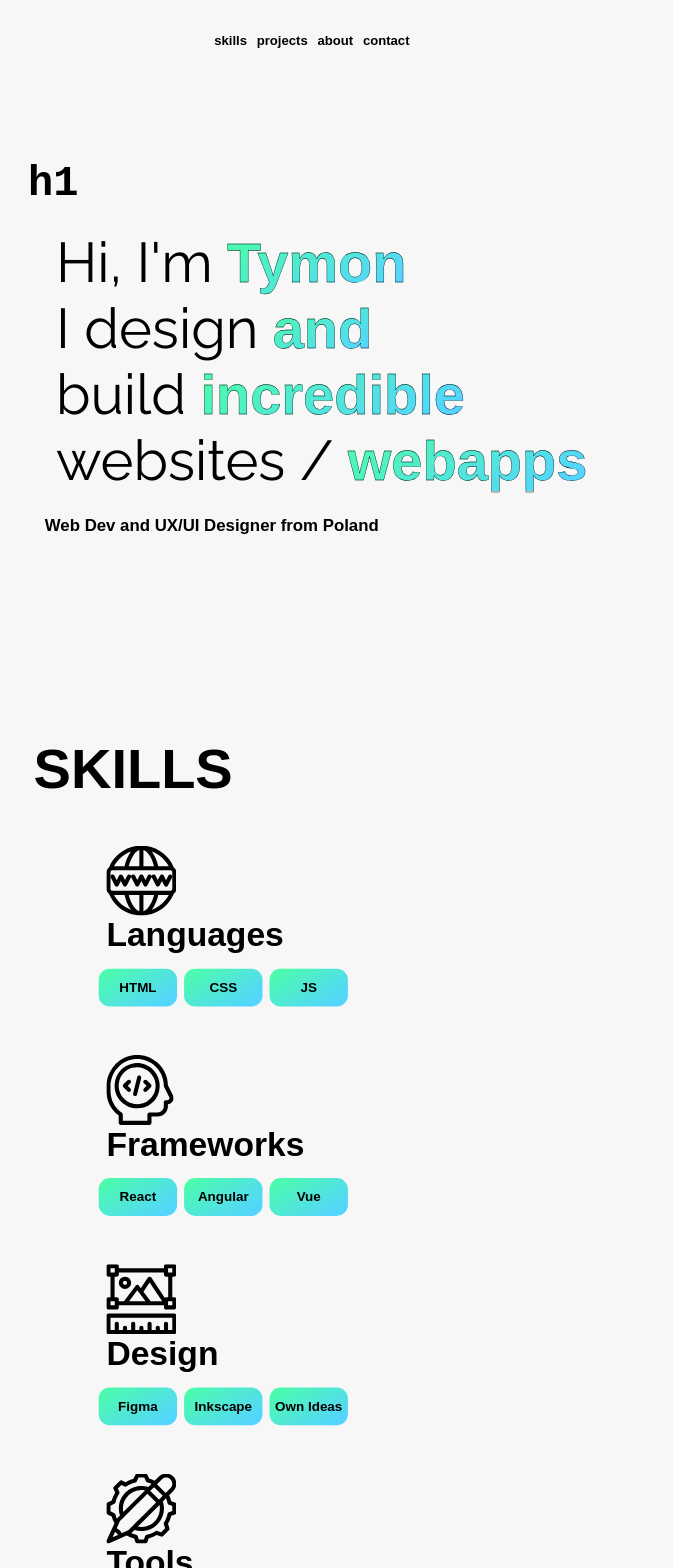
Repository: TeeJaysDev/Portfolio
Page: index.html
The author's editor kept a copy of each file at every save. The page is drawn from the files as they stood at one save, then again after a run of saves.
The browser window is 600 px wide. The page is 961 px wide, then 600 px, so the pictures cover 961 px, including what lies to the right of the window. The pictures show the part of the page from y = 0 to 2240 px (the page is 4046 px tall before and 3620 px after), at 70% of full size.

Above is the page before, as saved 2021-04-26 15:58:00.

After the next 3 saves:
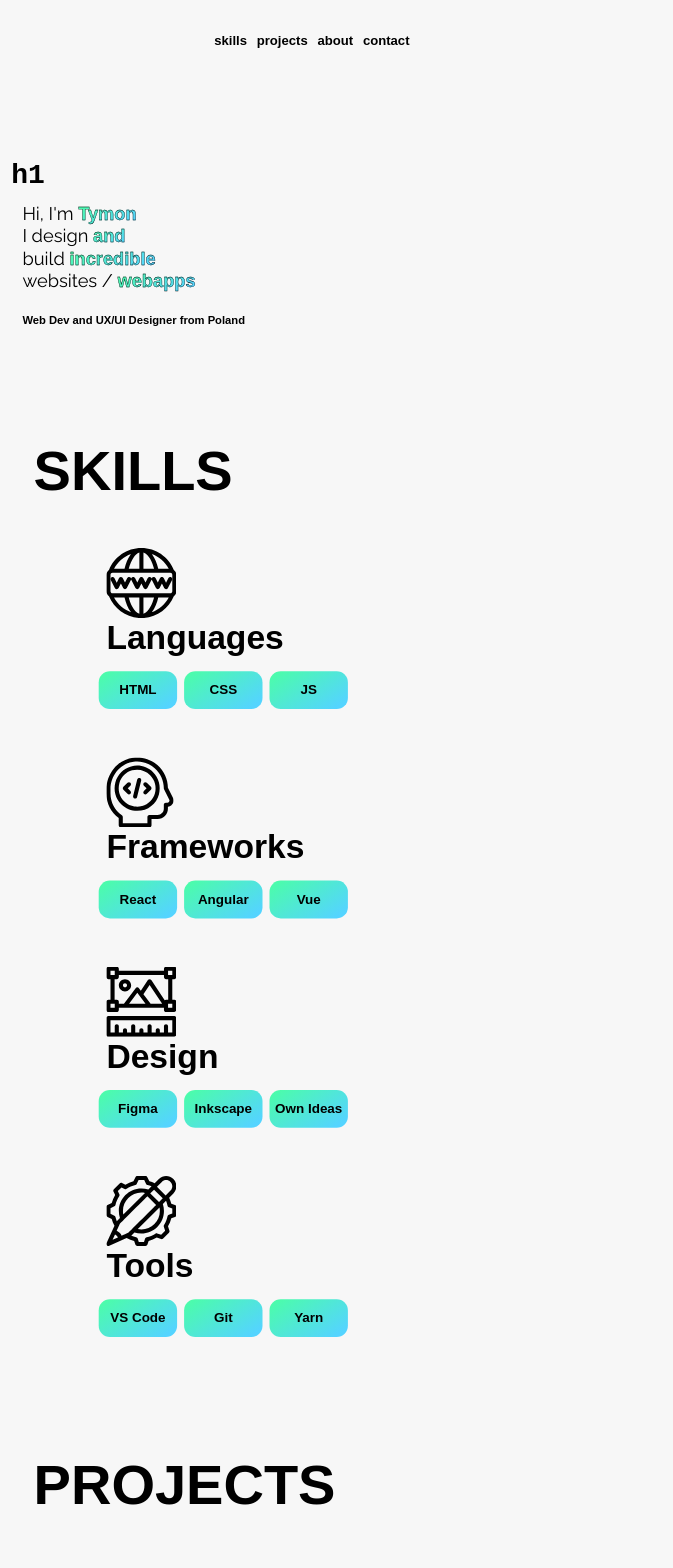
The 3 saves are shown as one change because they came seconds apart.
The last was saved 4 min 22 s later.
--- a/style.css
+++ b/style.css
@@ -192,14 +192,14 @@ and (max-width: 767px) {
         font-size: 1rem;
     }
 
-     main .welcome_part_h1 {
+    .welcome_part_h1 {
         font-family: monospace;
         font-size: 2.5rem;
         margin-top: 9rem;
         margin-left: 1rem;
     }
 
-    main .welcome_part {
+    .welcome_part {
         margin-top: 1rem;
         margin-left: 2rem;
         margin-bottom: 2rem;
@@ -207,7 +207,7 @@ and (max-width: 767px) {
         min-width: 18ch;
     }
 
-    main .welcome_part_h2 {
+    .welcome_part_h2 {
         margin-bottom: 10rem;
         margin-left: 2rem;
         font-size: 1rem;
